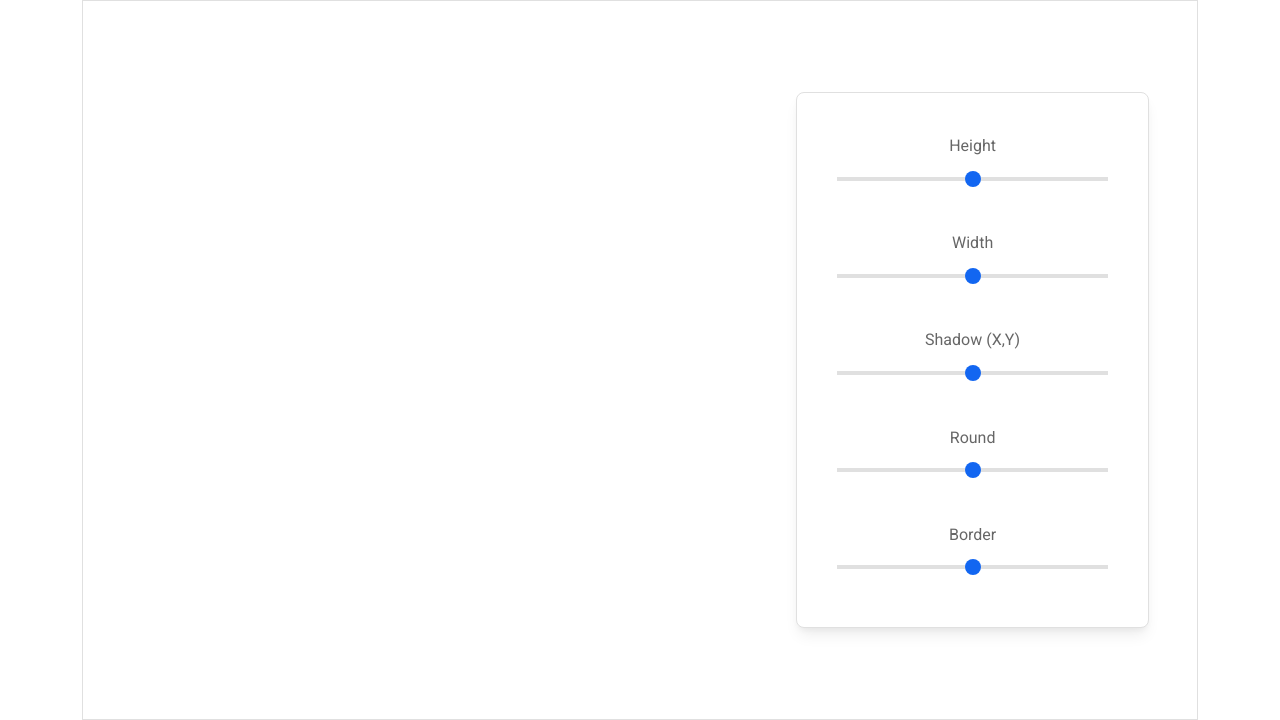
Repository: USaditya98/card-generator
Page: index.html
The author's editor kept a copy of each file at every save. The page is drawn from the files as they stood at one save, then again after a run of saves.
The browser window is 1280 px wide. The pictures show the whole page.

Above is the page before, as saved 2021-10-20 12:51:05.

### index.html
<!DOCTYPE html>
<html lang="en">
  <head>
    <meta charset="UTF-8" />
    <meta name="viewport" content="width=device-width, initial-scale=1, shrink-to-fit=no" />
    <meta http-equiv="x-ua-compatible" content="ie=edge" />
    <title>Material Design for Bootstrap</title>
    <!-- MDB icon -->
    <link rel="icon" href="img/mdb-favicon.ico" type="image/x-icon" />
    <!-- Font Awesome -->
    <link rel="stylesheet" href="https://use.fontawesome.com/releases/v5.15.2/css/all.css" />
    <!-- Google Fonts Roboto -->
    <link
      rel="stylesheet"
      href="https://fonts.googleapis.com/css2?family=Roboto:wght@300;400;500;700;900&display=swap"
    />
    <!-- MDB -->
    <link rel="stylesheet" href="css/mdb.min.css" />
  </head>
  <body>
    <!-- Start your project here-->
    <div class="container">
      <div class="sm:flex-column d-flex justify-content-between align-items-center text-center border" style="height: 100vh;">
            <div class="d-flex justify-content-center w-100 h-50" >
                <div class="text-center  " id="create">
                </div>
            </div>
            <div class="sm-w-100 border w-50   p-4 mx-5 card">
            <div class="m-3">
                <label class="form-label" for="height">Height</label>
                <div class="range">
                <input type="range" class="form-range" id="height" min="0" max="500" step="10" onchange="changeHeight(this.value)"/>
                </div>
            </div>
            <div class="m-3">
                <label class="form-label" for="width">Width</label>
                <div class="range">
                <input type="range" class="form-range" id="width" min="0" max="500" step="10" onchange="changeWidth(this.value)" />
                </div>
            </div>
            <div class="m-3">
                <label class="form-label" for="shadow">Shadow (X,Y)</label>
                <div class="range">
                <input type="range" class="form-range" id="shadow" min="0" max="25" step="0.5" onchange="changeShadowXY(this.value)"/>
                </div>
            </div>
            <div class="m-3">
                <label class="form-label" for="radius">Round</label>
                <div class="range">
                <input type="range" class="form-range" id="radius" onchange="changeRadius(this.value)"/>
                </div>
            </div>
            <div class="m-3">
                <label class="form-label" for="border">Border</label>
                <div class="range">
                <input type="range" class="form-range" id="border" onchange="myFunction(this.value)" />
                </div>
            </div>
            </div>
      </div>
    </div>
    <!-- End your project here-->

    <!-- MDB -->
    <script type="text/javascript" src="js/mdb.min.js"></script>
    <!-- Custom scripts -->
    <script type="text/javascript">
        function changeHeight(val) {
            document.getElementById('create').style.height = val + 'px';
        }
        function changeWidth(val) {
            document.getElementById('create').style.width = val + 'px';
        }
        function changeShadowXY(val) {
         // const shadowXY = document.getElementById('shadowBlur').value;
          //localStorage.shadowxy = val;
         // localStorage.shadowblur = shadowXY;
          //localStorage.setItem('shadowxy', val);
         // localStorage.setItem('shadowblur', shadowXY);
          document.getElementById('create').style.boxShadow = val + 'px' + ' ' + val + 'px' + ' ' + '16px' + ' ' +'0px' + ' ' +'lightgray';
        }

        function changeRadius(val) {
            document.getElementById('create').style.borderRadius  = val + '%' ;
        }

    </script>
  </body>
</html>

Loaded but not shown: css/mdb.min.css (library); js/mdb.min.js (library)

After the next 2 saves:
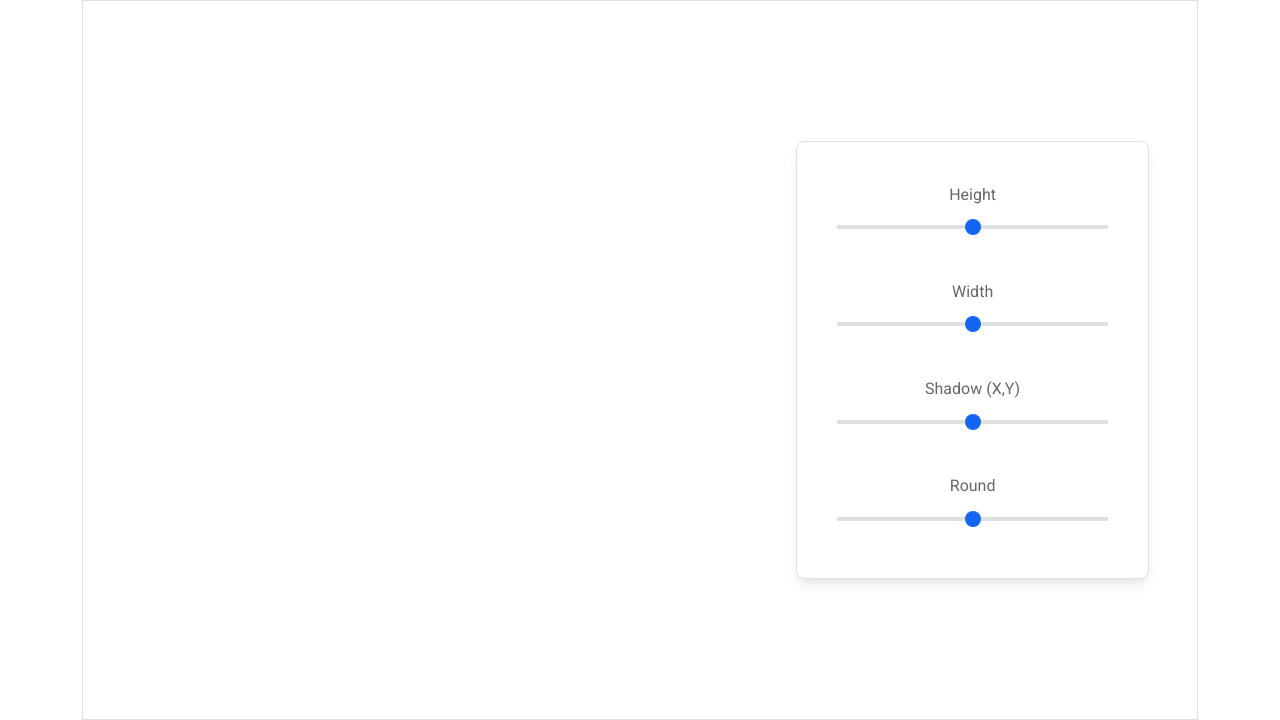
The 2 saves are shown as one change because they came seconds apart.
The last was saved 31 s later.
--- a/index.html
+++ b/index.html
@@ -50,12 +50,6 @@
                 <input type="range" class="form-range" id="radius" onchange="changeRadius(this.value)"/>
                 </div>
             </div>
-            <div class="m-3">
-                <label class="form-label" for="border">Border</label>
-                <div class="range">
-                <input type="range" class="form-range" id="border" onchange="myFunction(this.value)" />
-                </div>
-            </div>
             </div>
       </div>
     </div>
